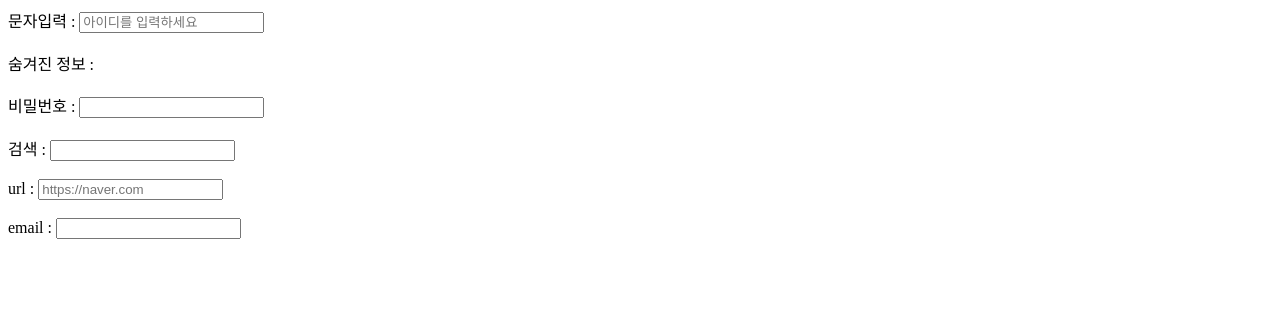
Repository: jaehyeon0418/workspace123
Page: w1025/src/webapp/w1025_07.html
The author's editor kept a copy of each file at every save. The page is drawn from the files as they stood at one save, then again after the next save.
The browser window is 1280 px wide. The pictures show the whole page.

Above is the page before, as saved 2022-10-25 03:13:40.

### w1025/src/webapp/w1025_07.html
<!DOCTYPE html>
<html>
<head>
<meta charset="UTF-8">
<title>Insert title here</title>
</head>
<body>

<!-- 사용자로부터 값을 입력받을 수 있는 태그

기본값은 text

-->
문자입력 : <input type = "text" name="id" placeholder = "아이디를 입력하세요" maxlength ="5"> <br><br>
숨겨진 정보 : <input type = "hidden" name="id" value = "192.168.0.12"><br><br>
비밀번호 : <input type = "password" name="pwd"> <br><br>


검색 : <input type = "search" name="search"> <br><br>
url : <input type = "url" placeholder="https://naver.com"><br><br>
email : <input type = "email" name="email"><br><br>

</body>
</html>

After the next save:
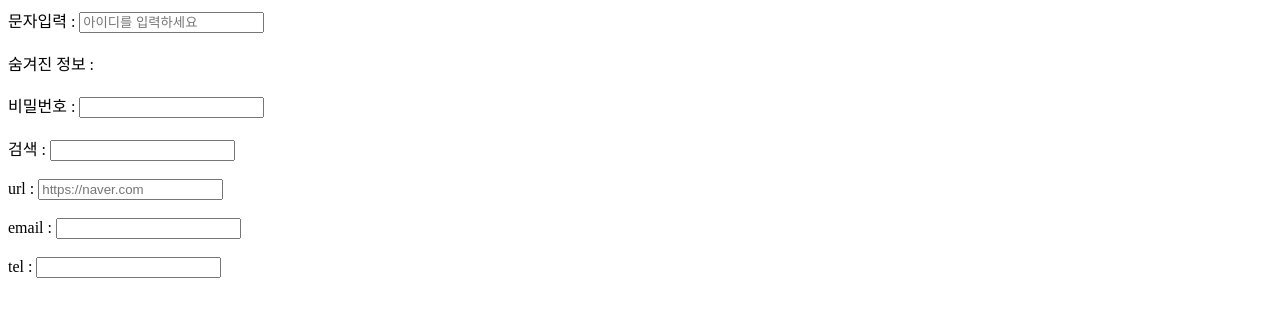
Saved 80 s later.
--- a/w1025/src/webapp/w1025_07.html
+++ b/w1025/src/webapp/w1025_07.html
@@ -19,6 +19,8 @@
 검색 : <input type = "search" name="search"> <br><br>
 url : <input type = "url" placeholder="https://naver.com"><br><br>
 email : <input type = "email" name="email"><br><br>
+tel : <input type = "tel" name="tel"><br><br>
+
 
 </body>
 </html>
